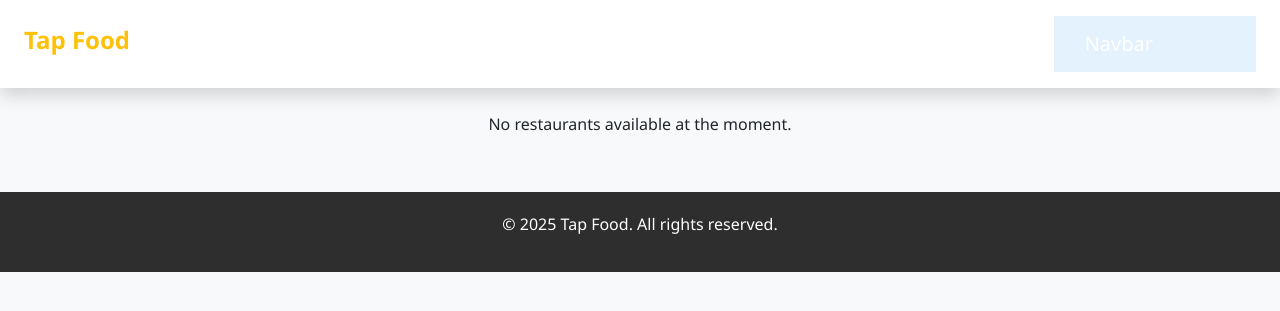
Repository: Rupeswarbhainsa777/Food-Web-App
Page: http://localhost/TapFoodApp/resturent.jsp
An editor plug-in stored every save of this project. The page is shown before and after the next save, followed by the edit.
The browser window is 1280 px wide. The pictures show the whole page.
The page is served by Tomcat 10. Nobody is signed in. The application's start-up code is not run. Other server files are loaded and not shown.

Above is the page before, as saved 2025-04-29 19:38:58.

### TapFoodApp/src/main/webapp/resturent.jsp
<%@ page import="java.util.List" %>
<%@ page import="com.tap.modeal.Restaurant" %>
<%@ page import="com.tap.modeal.User" %>
<%@ page contentType="text/html;charset=UTF-8" language="java" %>
<%
    // Retrieve the user and restaurant list from the session
    User user = (User) session.getAttribute("user1");
    List<Restaurant> restaurants = (List<Restaurant>) session.getAttribute("restaurant");
%>
<!DOCTYPE html>
<html lang="en">
<head>
    <meta charset="UTF-8">
    <title>Tap Food - Restaurants</title>
    <!-- Bootstrap CSS -->
    <link rel="stylesheet"
          href="https://stackpath.bootstrapcdn.com/bootstrap/4.5.2/css/bootstrap.min.css">
    <!-- Bootstrap Icons -->
    <link rel="stylesheet"
          href="https://cdn.jsdelivr.net/npm/bootstrap-icons@1.5.0/font/bootstrap-icons.css">
    <style>
        body {
            background-color: #f8f9fa;
            font-family: 'Segoe UI', sans-serif;
        }

        .navbar {
            background-color: #fc8019;
        }

        .navbar-brand, .nav-link {
            color: white;
        }

        .hero {
            padding: 60px 20px;
            background:
            url('https://res.cloudinary.com/swiggy/image/upload/fl_lossy,f_auto,q_auto,w_508,h_320,c_fill/homepage_image')
            no-repeat center;
            background-size: cover;
            color: white;
            text-align: center;
        }

        .hero h1 {
            font-size: 3rem;
        }

        .footer {
            background-color: #2e2e2e;
            color: white;
            padding: 20px 0;
            margin-top: 40px;
            text-align: center;
        }

        .card img {
            height: 200px;
            object-fit: cover;
        }

        .submit-button {
            background-color: #fc8019;
            border: none;
            color: white;
            padding: 10px 20px;
            margin-top: 10px;
            cursor: pointer;
            border-radius: 5px;
        }

        .submit-button:hover {
            background-color: #e57012;
        }
    </style>
</head>
<body>

<!-- Header -->
<header class="d-flex justify-content-between align-items-center px-4 py-3 shadow bg-white">
    <div class="h4 text-warning font-weight-bold">Tap Food</div>
  <nav class="navbar" style="background-color: #e3f2fd;" data-bs-theme="light">
  <div class="container-fluid">
    <a class="navbar-brand" href="#">Navbar</a>
    <button class="navbar-toggler" type="button" data-bs-toggle="collapse" data-bs-target="#navbarSupportedContent" aria-controls="navbarSupportedContent" aria-expanded="false" aria-label="Toggle navigation">
      <span class="navbar-toggler-icon"></span>
    </button>
    <div class="collapse navbar-collapse" id="navbarSupportedContent">
      <ul class="navbar-nav me-auto mb-2 mb-lg-0">
        <li class="nav-item">
          <a class="nav-link active" aria-current="page" href="#">Home</a>
        </li>
        <li class="nav-item">
          <a class="nav-link" href="#">Link</a>
        </li>
        <li class="nav-item dropdown">
          <a class="nav-link dropdown-toggle" href="#" role="button" data-bs-toggle="dropdown" aria-expanded="false">
            Dropdown
          </a>
          <ul class="dropdown-menu">
            <li><a class="dropdown-item" style="color: black;" href="#">Action</a></li>
            <li><a class="dropdown-item" href="#">Another action</a></li>
            <li><hr class="dropdown-divider"></li>
            <li><a class="dropdown-item" href="#">Something else here</a></li>
          </ul>
        </li>
        <li class="nav-item">
          <a class="nav-link disabled" aria-disabled="true">Disabled</a>
        </li>
      </ul>
      <form class="d-flex" role="search">
        <input class="form-control me-2" type="search" placeholder="Search" aria-label="Search">
        <button class="btn btn-outline-success" type="submit">Search</button>
      </form>
    </div>
  </div>
</nav>
</header>

<!-- Restaurant Cards -->
<div class="container mt-4">
    <div class="row">
        <% if (restaurants != null && !restaurants.isEmpty()) {
            for (Restaurant res : restaurants) { %>
                <div class="col-md-4 mb-4">
                    <div class="card">
                        <img src="<%= res.getImagepath() %>" class="card-img-top" alt="<%= res.getName() %>">
                        <div class="card-body">
                            <h5 class="card-title font-weight-bold"><%= res.getName() %></h5>
                            <div class="d-flex justify-content-between mb-2">
                                <div>
                                    <i class="bi bi-star-fill text-warning"></i>
                                    <%= res.getRating() %>
                                </div>
                                <div>
                                    <i class="bi bi-clock"></i>
                                    <%= res.getEta() %>
                                </div>
                            </div>
                            <p class="mb-1"><%= res.getCuisineType() %></p>
                            <p class="text-muted"><%= res.getAddress() %></p>
                            <div class="text-center">
                                <a href="Menu?restaurantId=<%= res.getRestaurantId() %>">
                                    <input type="submit" value="View Menu" class="submit-button">
                                </a>
                            </div>
                        </div>
                    </div>
                </div>
        <%   }
           } else { %>
            <div class="col-12">
                <p class="text-center">No restaurants available at the moment.</p>
            </div>
        <% } %>
    </div>
</div>

<!-- Footer -->
<footer class="footer">
    <p>&copy; 2025 Tap Food. All rights reserved.</p>
</footer>

</body>
</html>

After the next save:
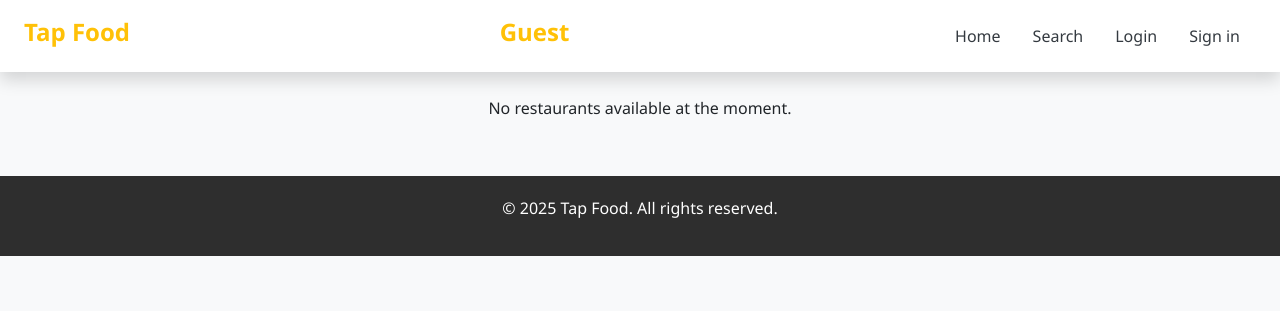
Saved 73 s later.
--- a/TapFoodApp/src/main/webapp/resturent.jsp
+++ b/TapFoodApp/src/main/webapp/resturent.jsp
@@ -79,42 +79,21 @@
 <!-- Header -->
 <header class="d-flex justify-content-between align-items-center px-4 py-3 shadow bg-white">
     <div class="h4 text-warning font-weight-bold">Tap Food</div>
-  <nav class="navbar" style="background-color: #e3f2fd;" data-bs-theme="light">
-  <div class="container-fluid">
-    <a class="navbar-brand" href="#">Navbar</a>
-    <button class="navbar-toggler" type="button" data-bs-toggle="collapse" data-bs-target="#navbarSupportedContent" aria-controls="navbarSupportedContent" aria-expanded="false" aria-label="Toggle navigation">
-      <span class="navbar-toggler-icon"></span>
-    </button>
-    <div class="collapse navbar-collapse" id="navbarSupportedContent">
-      <ul class="navbar-nav me-auto mb-2 mb-lg-0">
-        <li class="nav-item">
-          <a class="nav-link active" aria-current="page" href="#">Home</a>
-        </li>
-        <li class="nav-item">
-          <a class="nav-link" href="#">Link</a>
-        </li>
-        <li class="nav-item dropdown">
-          <a class="nav-link dropdown-toggle" href="#" role="button" data-bs-toggle="dropdown" aria-expanded="false">
-            Dropdown
-          </a>
-          <ul class="dropdown-menu">
-            <li><a class="dropdown-item" style="color: black;" href="#">Action</a></li>
-            <li><a class="dropdown-item" href="#">Another action</a></li>
-            <li><hr class="dropdown-divider"></li>
-            <li><a class="dropdown-item" href="#">Something else here</a></li>
-          </ul>
-        </li>
-        <li class="nav-item">
-          <a class="nav-link disabled" aria-disabled="true">Disabled</a>
-        </li>
-      </ul>
-      <form class="d-flex" role="search">
-        <input class="form-control me-2" type="search" placeholder="Search" aria-label="Search">
-        <button class="btn btn-outline-success" type="submit">Search</button>
-      </form>
+    <div class="h4 text-warning font-weight-bold">
+        <% if (user != null) { %>
+            <span><%=user.getEmail()%></span>
+        <% } else { %>
+            <span>Guest</span>
+        <% } %>
     </div>
-  </div>
-</nav>
+    <nav>
+        <ul class="nav">
+            <li class="nav-item"><a class="nav-link text-dark" href="#">Home</a></li>
+            <li class="nav-item"><a class="nav-link text-dark" href="#">Search</a></li>
+            <li class="nav-item"><a class="nav-link text-dark" href="AlltypeLogin.jsp">Login</a></li>
+            <li class="nav-item"><a class="nav-link text-dark" href="Sigin.html">Sign in</a></li>
+        </ul>
+    </nav>
 </header>
 
 <!-- Restaurant Cards -->
